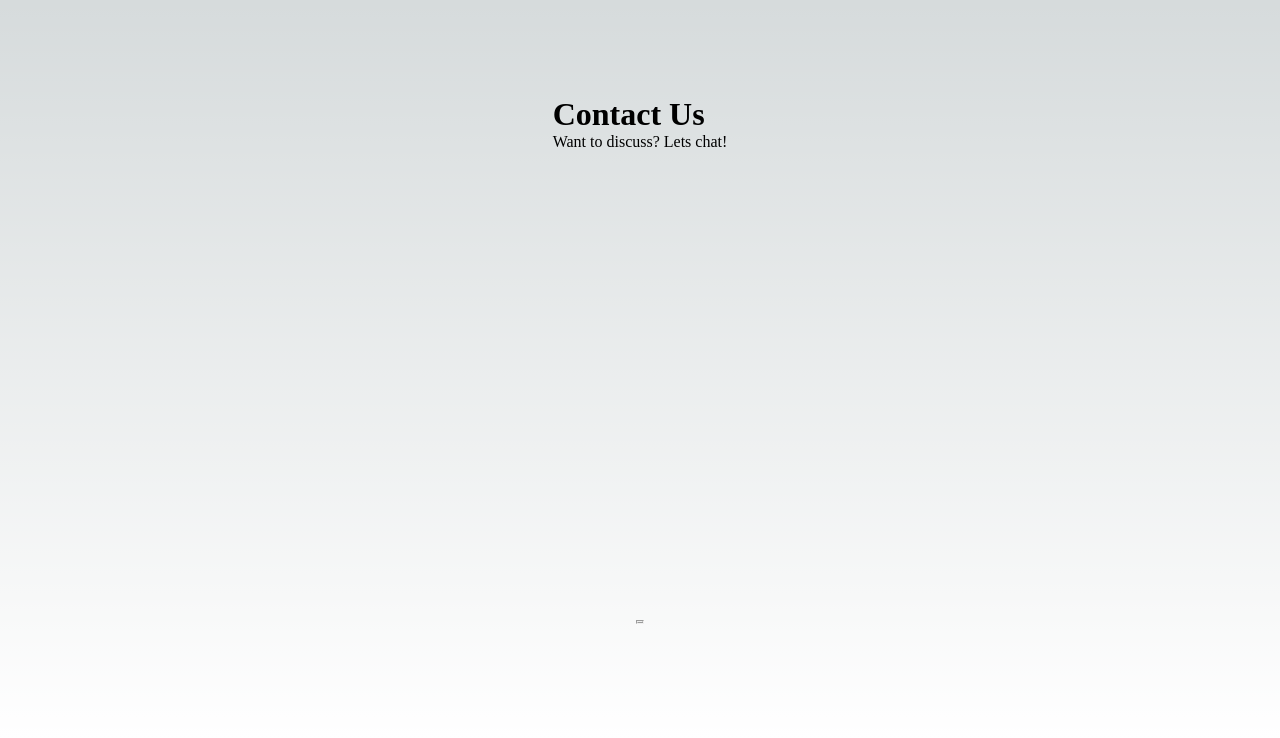
Repository: jennydmcm/assignment-1-playwright-site-A01338943
Page: /contact
The author's editor kept a copy of each file at every save. The page is drawn from the files as they stood at one save, then again after the next save.
The browser window is 1280 px wide. The pictures show the whole page.
The project was rebuilt for these pictures with package versions that can differ from the ones it lists, and the page was loaded fresh each time. The framework's server and built-in components were replaced by stand-ins that run in the browser. Also part of the build but not shown: next.config.js.

Above is the page before, as saved 2023-02-03 16:13:03.

After the next save:
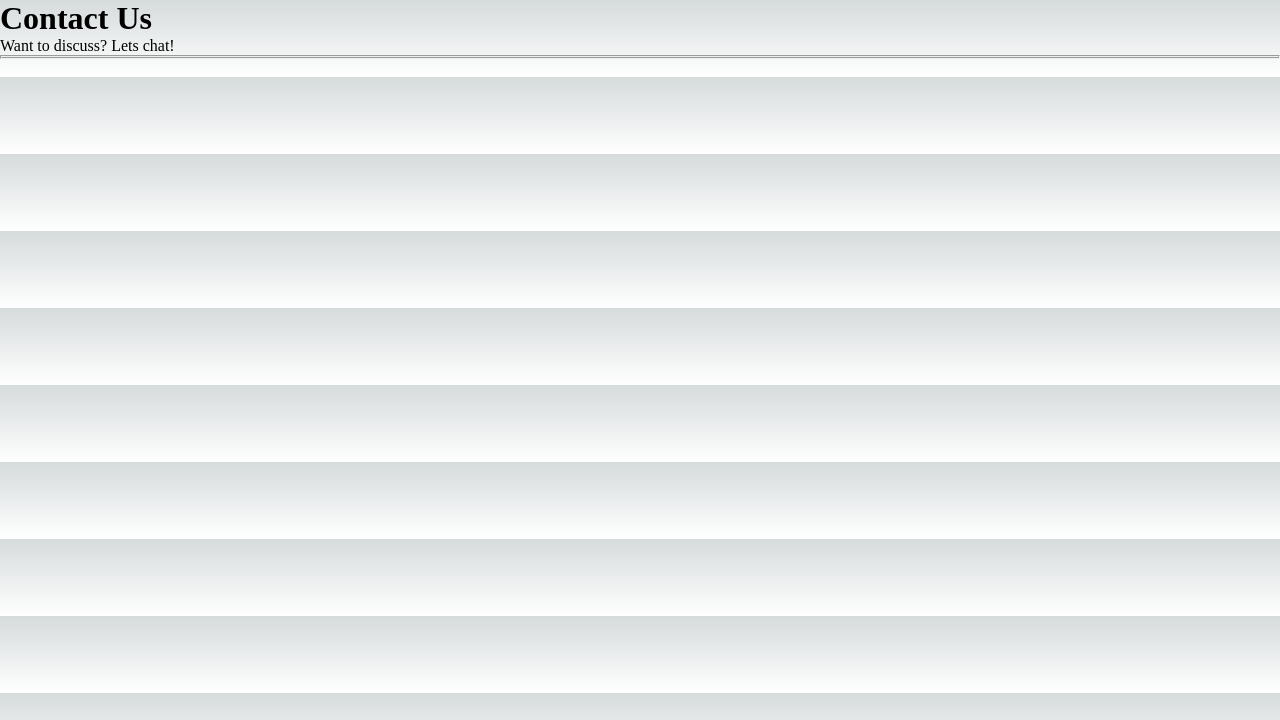
Saved 7 s later.
--- a/pages/contact.js
+++ b/pages/contact.js
@@ -1,7 +1,7 @@
 import Head from 'next/head'
 import Image from 'next/image'
 import { Inter } from '@next/font/google'
-import styles from '@/styles/Home.module.css'
+import styles from '@/styles/Contact.module.css'
 
 const inter = Inter({ subsets: ['latin'] })
 
